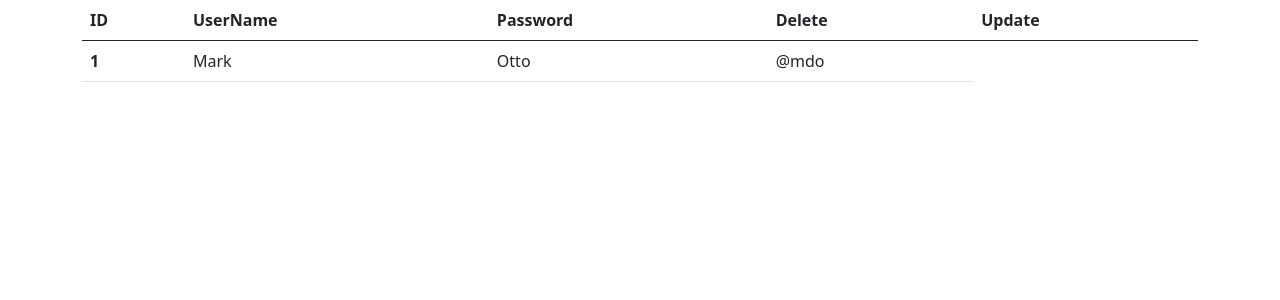
Repository: Syeda-Somiya-Tasnim/ClassCrud
Page: http://localhost/display.php
These files come from the project's save history. The page is drawn as it stood at one moment and after the next save; the edit follows.
The browser window is 1280 px wide. The pictures show the whole page.
The page is run by PHP 8.4 with error messages shown; the project is at /var/www/html/.

Above is the page before, as saved 2021-10-22 21:14:05.

### display.php
<!DOCTYPE html>
<html lang="en">

<head>
    <meta charset="UTF-8">
    <meta http-equiv="X-UA-Compatible" content="IE=edge">
    <meta name="viewport" content="width=device-width, initial-scale=1.0">
    <title>Document</title>
    <link rel="stylesheet" href="https://cdn.jsdelivr.net/npm/bootstrap@5.0.2/dist/css/bootstrap.min.css">
</head>

<body>
    <div class="container">
        <div class="row">
            <div class="col-lg-12">
                <table class="table">
                    <thead class="thead-dark">
                        <tr>
                            <th scope="col">ID</th>
                            <th scope="col">UserName</th>
                            <th scope="col">Password</th>
                            <th scope="col">Delete</th>
                            <th scope="col">Update</th>

                        </tr>
                    </thead>
                    <tbody>
                        <tr>
                            <th scope="row">1</th>
                            <td>Mark</td>
                            <td>Otto</td>
                            <td>@mdo</td>
                        </tr>


                    </tbody>
                </table>
            </div>
        </div>
    </div>
</body>

</html>

After the next save:
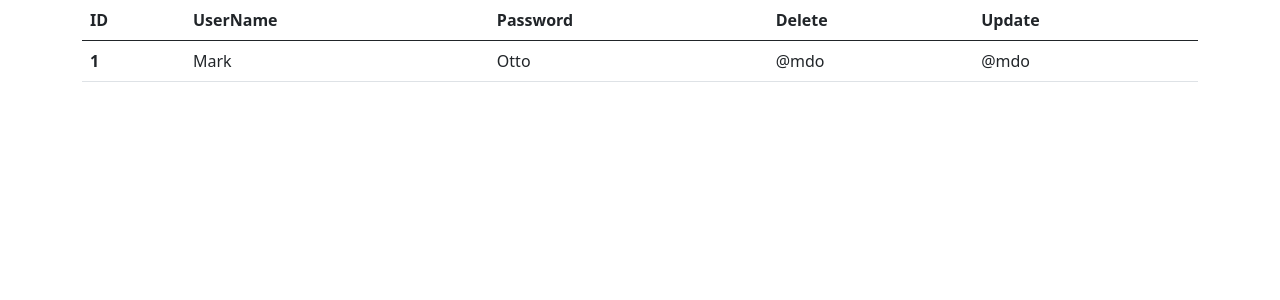
Saved 94 s later.
--- a/display.php
+++ b/display.php
@@ -30,6 +30,7 @@
                             <td>Mark</td>
                             <td>Otto</td>
                             <td>@mdo</td>
+                            <td>@mdo</td>
                         </tr>
 
 
